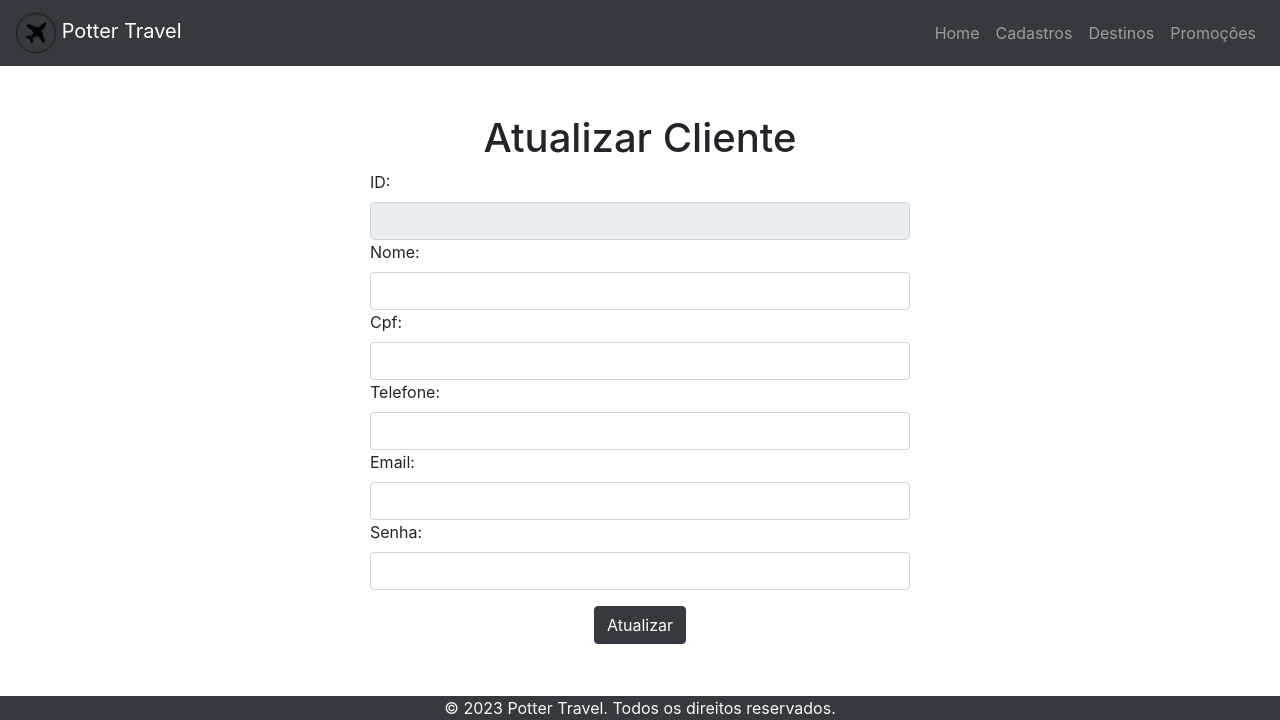
Repository: marcelledssantos/PotterTravel-MVC
Page: http://localhost/PotterTravel-MVC/atualizar.jsp
These files come from the project's save history. The page is drawn as it stood at one moment and after the next save; the edit follows.
The browser window is 1280 px wide. The pictures show the whole page.
Some web libraries are served in a nearby version. The page is served by Tomcat 9. The template is opened directly, without the code that normally fills it, so the values that code supplies are empty.

Above is the page before, as saved 2023-11-03 00:53:35.

After the next save:
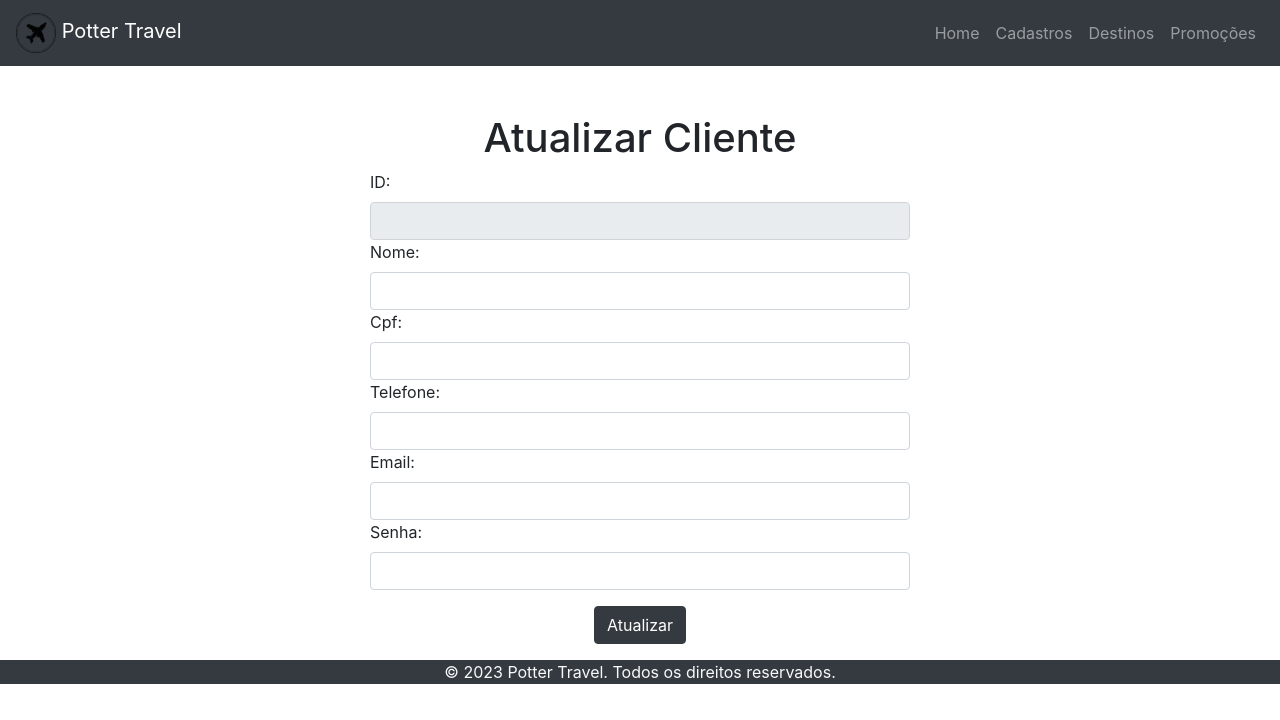
Saved 18 s later.
--- a/PotterTravel-MVC/src/main/webapp/atualizar.jsp
+++ b/PotterTravel-MVC/src/main/webapp/atualizar.jsp
@@ -70,7 +70,7 @@
 
 	 <!-- Rodapé -->
 
-	<footer class="bg-dark text-light text-center mt -5 fixed-bottom">
+	<footer class="bg-dark text-light text-center mt -5">
 		&copy; 2023 Potter Travel. Todos os direitos reservados. </footer>
 
 
